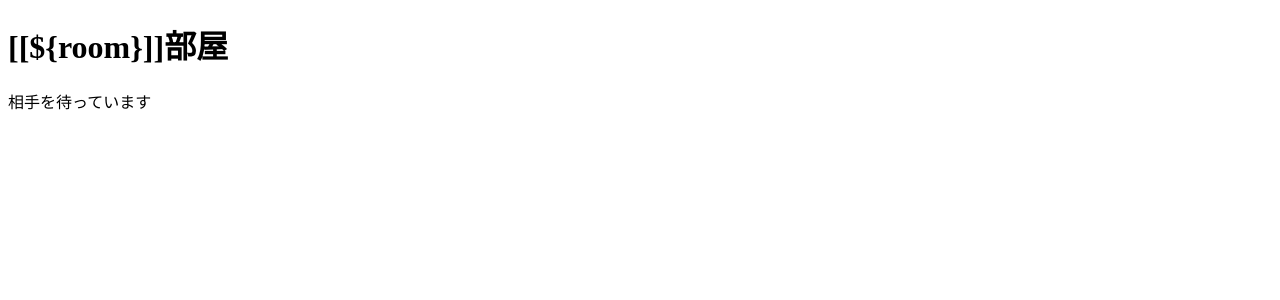
Repository: e1b21074/field_arena
Page: .log/field_arena/src/main/resources/templates/room.html
These files come from the project's save history. The page is drawn as it stood at one moment and after the next save; the edit follows.
The browser window is 1280 px wide. The pictures show the whole page.
The page's requests for data from a server got no answer.

Above is the page before, as saved 2023-12-24 05:02:17.

After the next save:
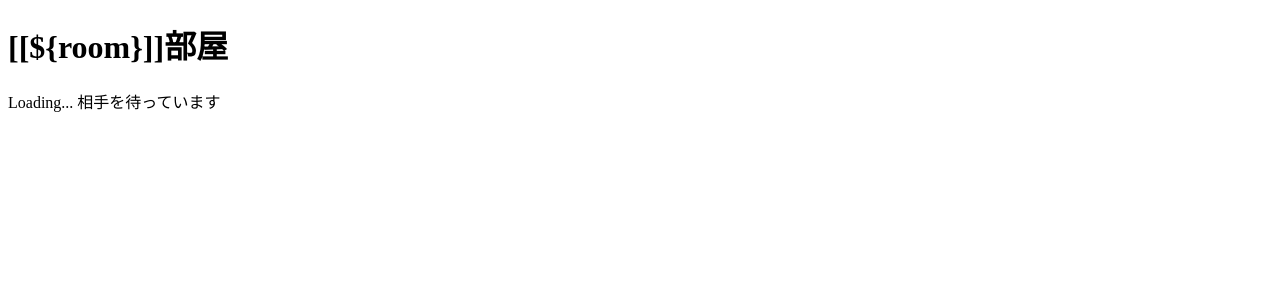
Saved 12 days later.
--- a/.log/field_arena/src/main/resources/templates/room.html
+++ b/.log/field_arena/src/main/resources/templates/room.html
@@ -9,17 +9,16 @@
     window.onload=function(){
       var sse = new EventSource('/start');
         sse.onmessage=function(event){
-          var active_list=JSON.parse(event.data);
-          var active_div="<button onclick=location.href='/game'>ゲーム開始</button>";
-          var div=document.getElementById("game");
-          div.innerHTML=active_div;
+          var game=JSON.parse(event.data);
+          location.href = "/game?roomid=" + game.id;
         }
     }
   </script>
 </head>
 <body>
   <h1>[[${room}]]部屋</h1>
-  <div>
+  <div id="game">
+    <span class="visually-hidden">Loading...</span>
     相手を待っています
   </div>
 </body>
